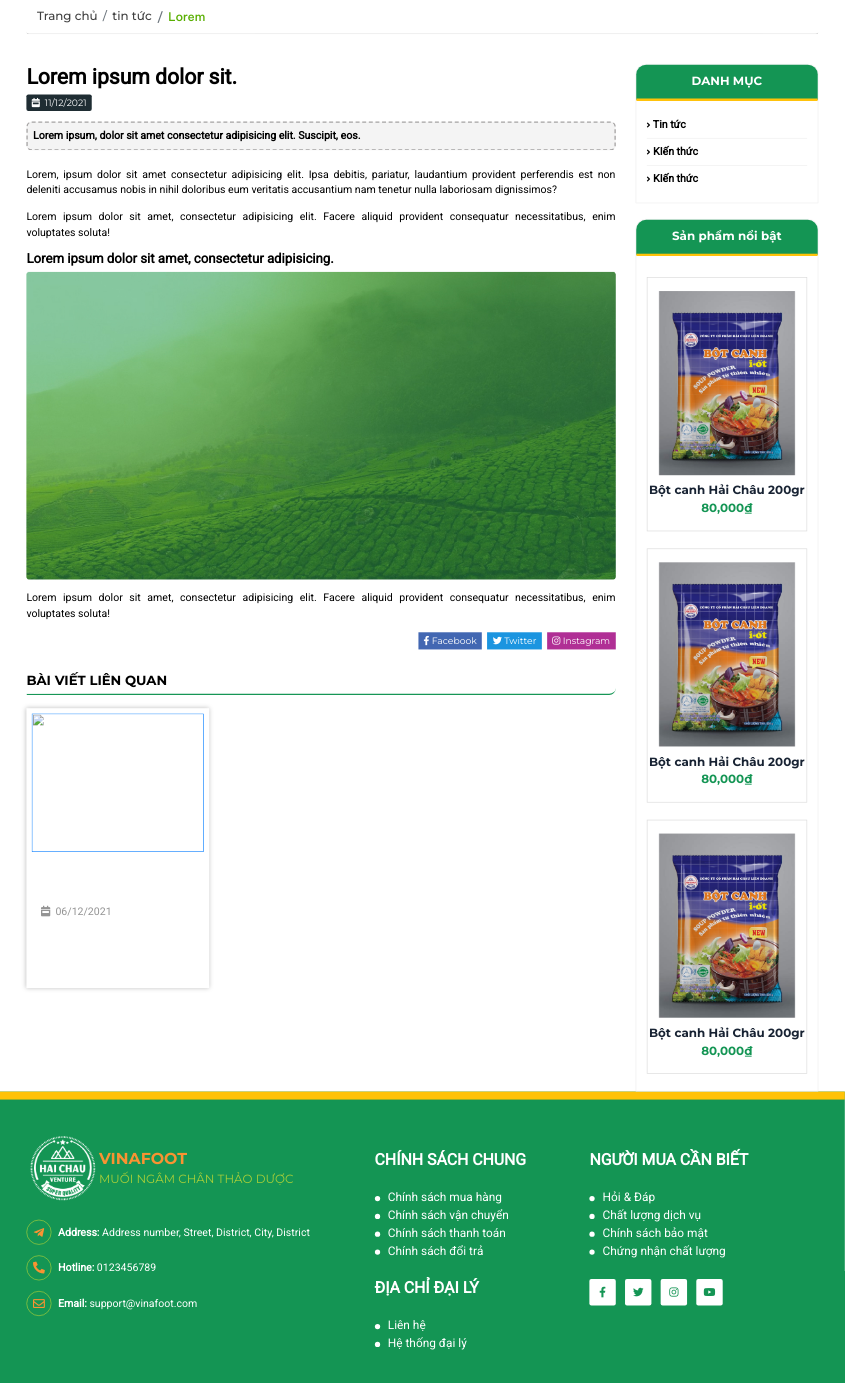
Repository: haianh12082001/VINAFOOT
Page: news-detail.html
The author's editor kept a copy of each file at every save. The page is drawn from the files as they stood at one save, then again after the next save.
The browser window is 1280 px wide. The pictures show the whole page, at 66% of full size.
Some web libraries are served in a nearby version.

Above is the page before, as saved 2021-12-12 21:00:28.

After the next save:
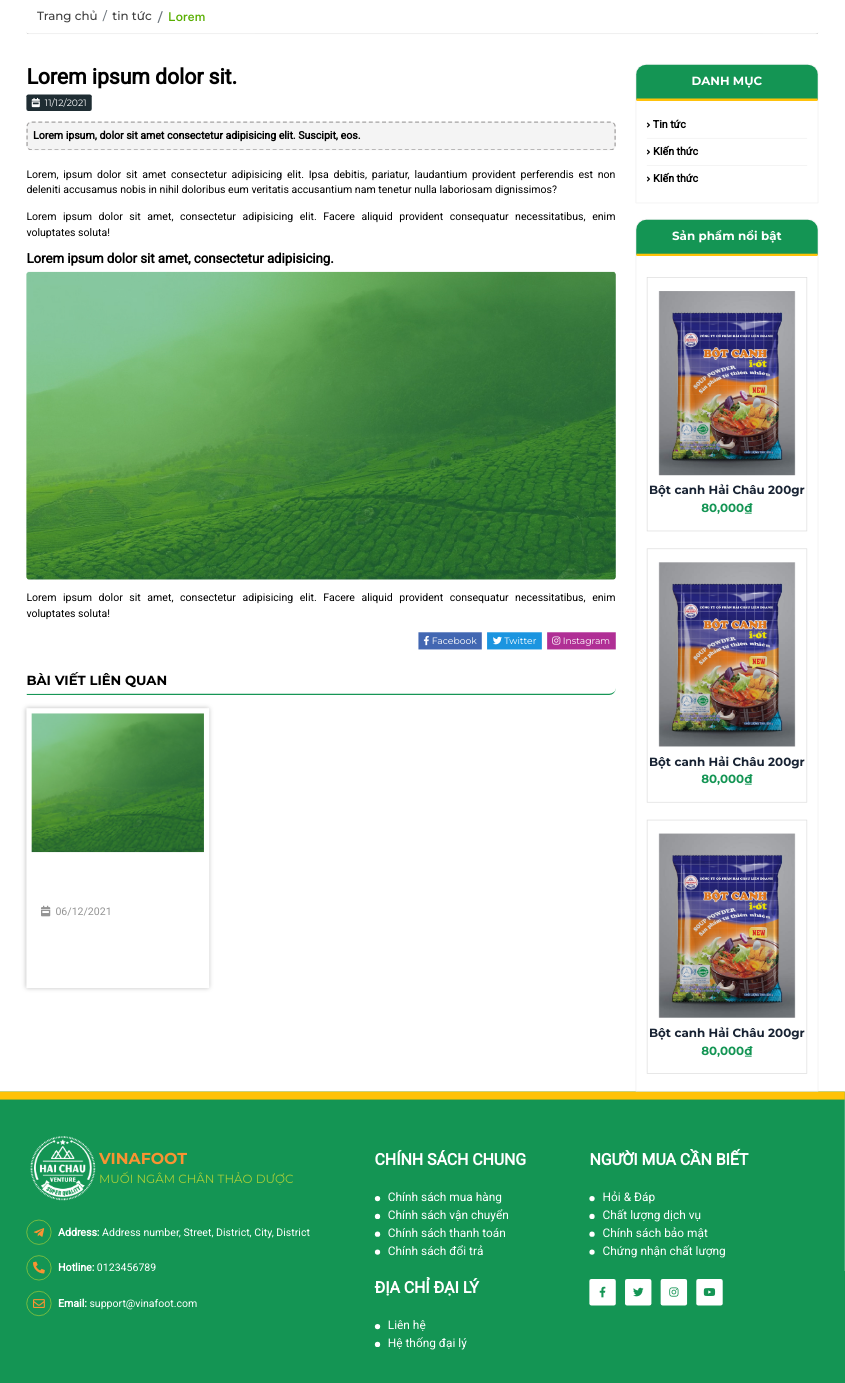
Saved 2 min 17 s later.
--- a/news-detail.html
+++ b/news-detail.html
@@ -85,7 +85,7 @@
                             <div class="col-lg-4 col-md-6 mb-lg-4 mb-3">
                                 <div class="item-article">
                                     <a href="">
-                                        <img src="" alt="" />
+                                        <img src="./assets/img/intro/Group 349.jpg" alt="" />
                                     </a>
                                     <div class="body">
                                         <div class="name truncate-h">
